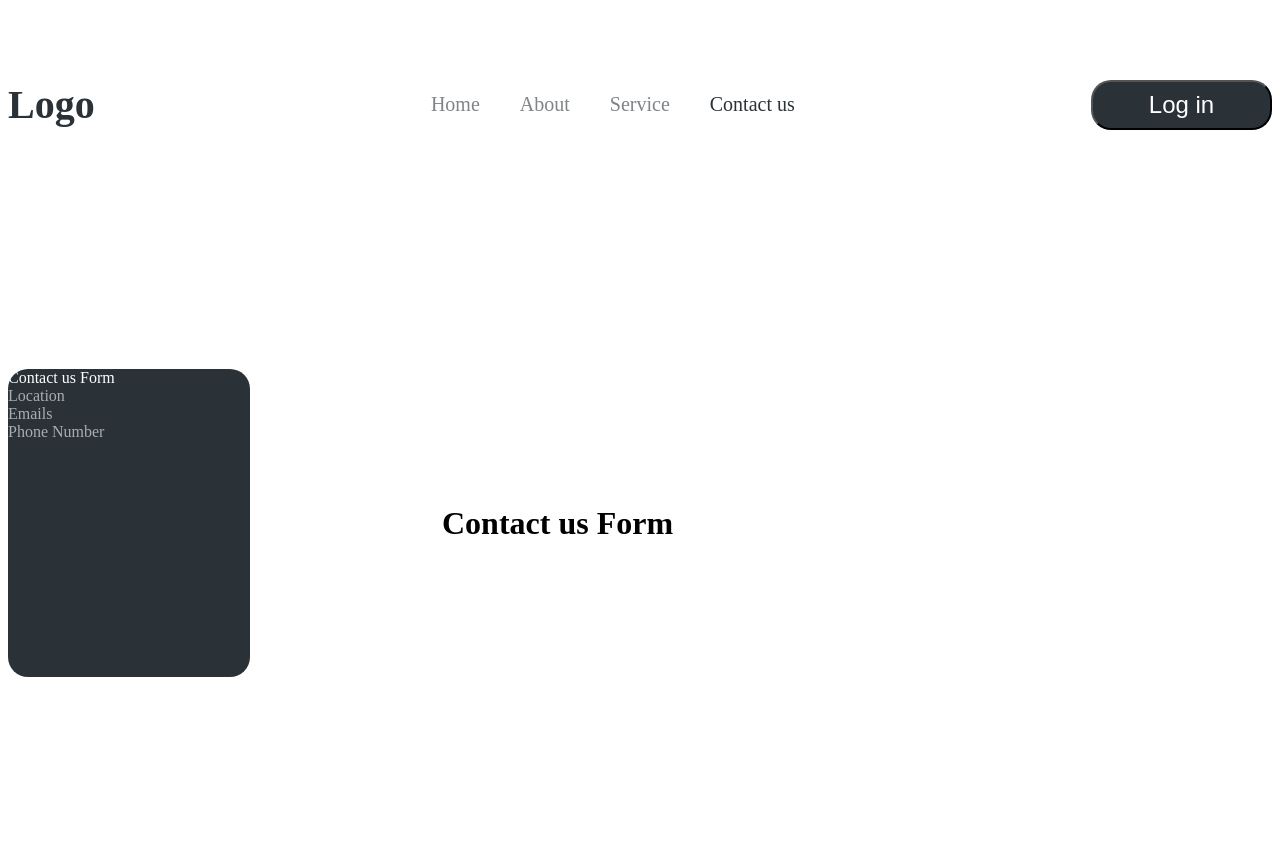
Repository: rehamtaher10/thirdReactTask
Page: /contact
An editor plug-in stored every save of this project. The page is shown before and after a run of saves, followed by the edit.
The browser window is 1280 px wide. The pictures show the whole page.
The project was rebuilt for these pictures with package versions that can differ from the ones it lists, and the page was loaded fresh each time. Also part of the build but not shown: vite.config.js, src/components/HomePage/Home.jsx, src/components/AboutPage/About.jsx, src/components/ServicePage/Service.jsx.

Above is the page before, as saved 2024-11-27 23:09:56.

After the next 10 saves:
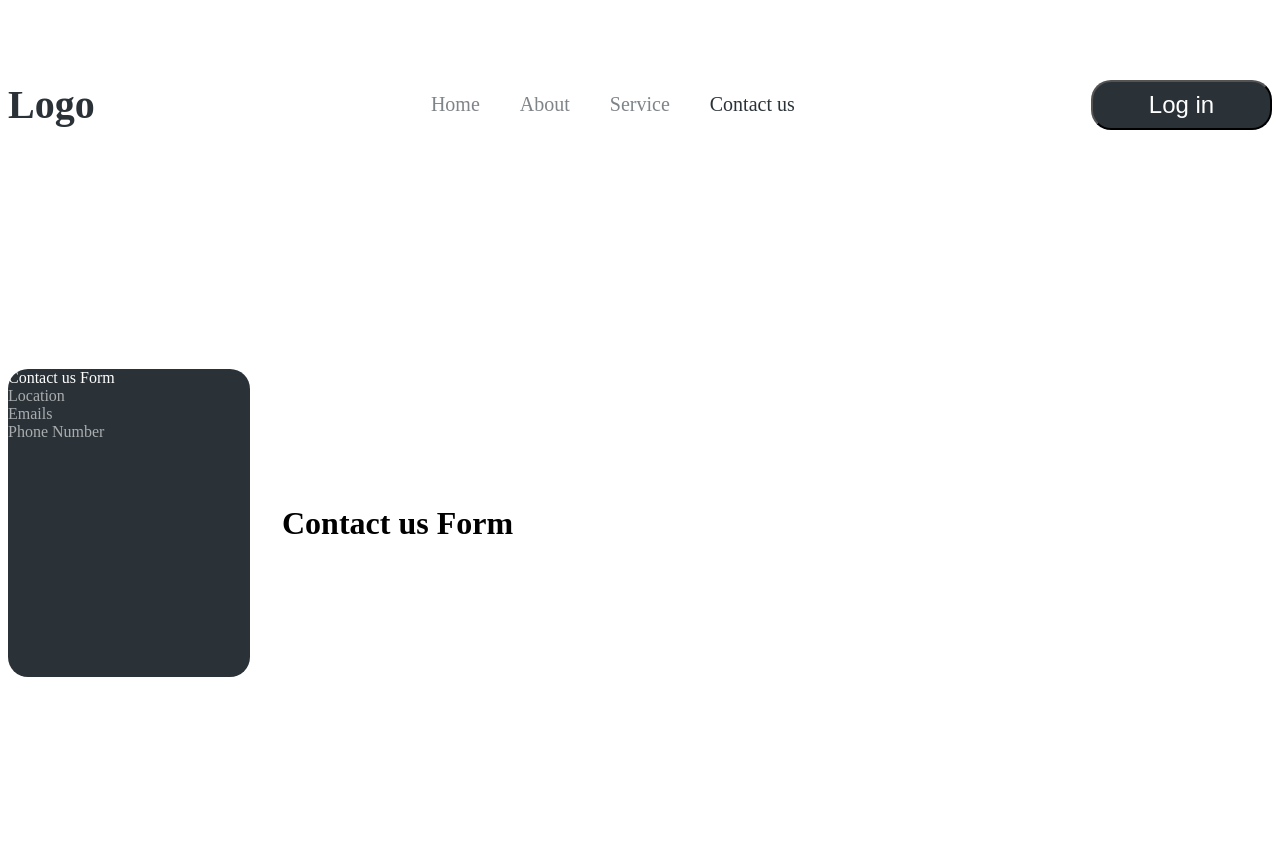
The 10 saves are shown as one change because they came seconds apart.
The last was saved 30 s later.
--- a/src/style/contactUs.css
+++ b/src/style/contactUs.css
@@ -4,9 +4,9 @@
     padding-block: 10rem;
 }
 .contact_content{
+    width: calc((100% -));
     display: flex;
     align-items: center;
-    padding-inline: 10rem;
 }
 .contact_links{
     display: flex;
